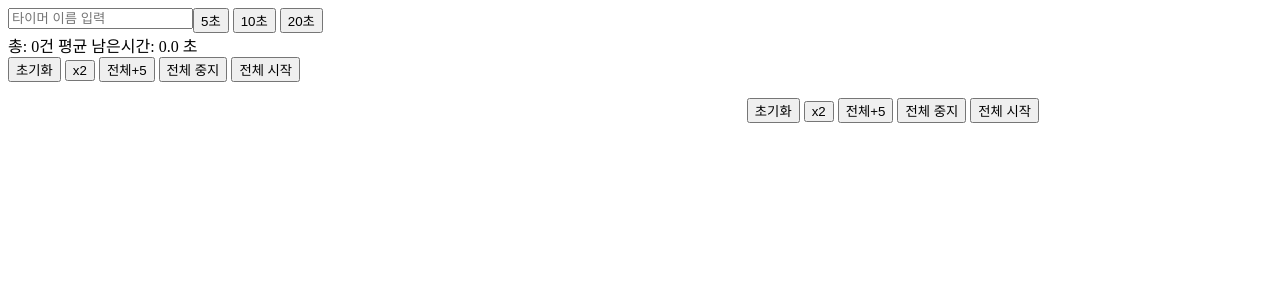
Repository: IT-magician/JS-Practice-Mission2
Page: index.html
These files come from the project's save history. The page is drawn as it stood at one moment and after the next save; the edit follows.
The browser window is 1280 px wide. The pictures show the whole page.

Above is the page before, as saved 2023-11-15 20:01:05.

After the next save:
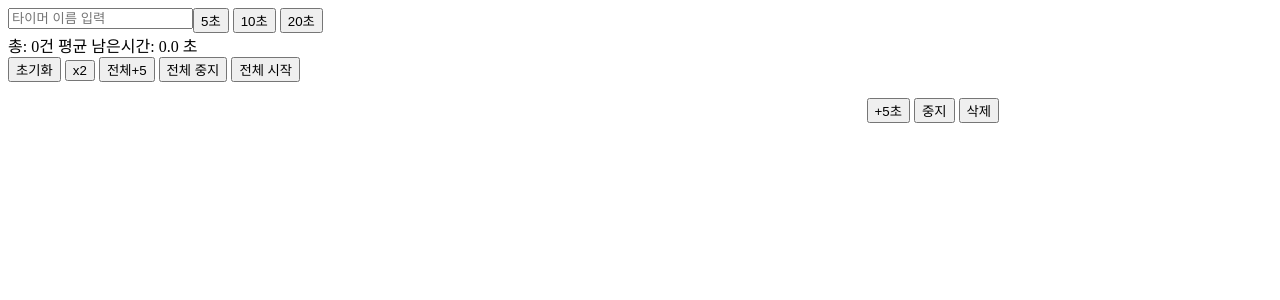
Saved 78 s later.
--- a/index.html
+++ b/index.html
@@ -41,11 +41,9 @@
           <div class="name"></div>
           <div class="left-time"></div>
           <div class="sub-control">
-            <input type="button" value="초기화" class="reset" />
-            <input type="button" value="x2" class="multiple" />
-            <input type="button" value="전체+5" class="add" />
-            <input type="button" value="전체 중지" class="all-stop" />
-            <input type="button" value="전체 시작" class="all-start" />
+            <input type="button" value="+5초" />
+            <input type="button" value="중지" />
+            <input type="button" value="삭제" />
           </div>
         </li>
       </ul>
